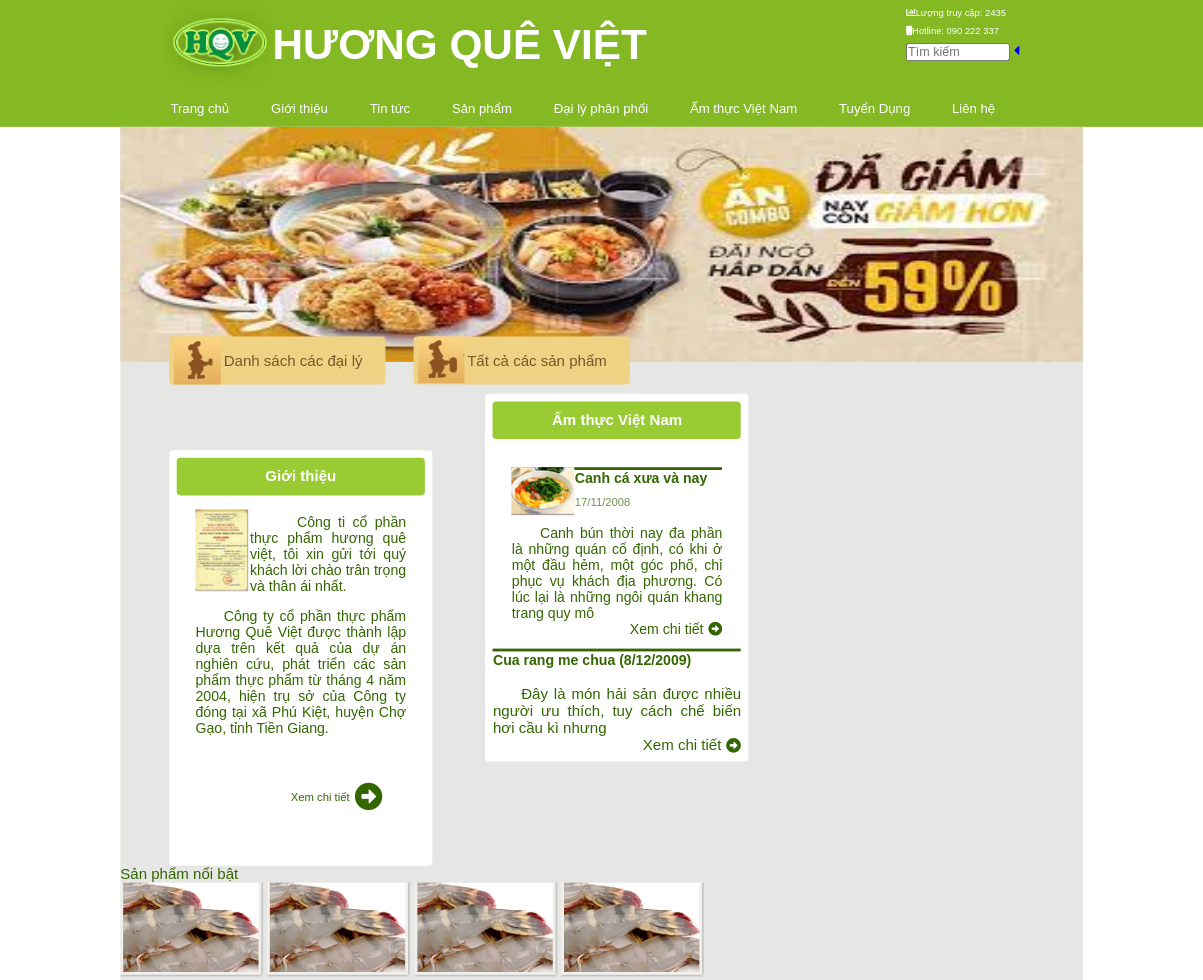
Repository: NgocTruong0701/Self_Learning
Page: html/practice/Baitapweb/index.html
These files come from the project's save history. The page is drawn as it stood at one moment and after the next save; the edit follows.
The browser window is 1280 px wide. The pictures show the whole page, at 94% of full size.

Above is the page before, as saved 2021-10-06 21:51:08.

### html/practice/Baitapweb/index.html
<!DOCTYPE html>
<html>
    <head>
        <title>Web Bài 4</title>
        <meta charset="UTF-8">
        <meta name="author" content="Lê Ngọc Trường">
        <link rel="stylesheet" type="text/css" href="./assets/css/styles.css">
        <link rel="stylesheet" href="./assets/font/fontawesome-free-5.15.4-web/css/all.css">
    </head>

    <body>
        <!-- Begin Header -->
        <header>
            <!-- Banner -->
            <div id="banner">
                <!-- Khối bên trái -->
                <div class="box-left">
                    <!-- logo -->
                    <div class="logo">
                        <img src="./assets/pictures/logo/logo.jpg" alt="logo">
                    </div>

                    <!-- tiêu đề -->
                    <div class="header-heading">
                        hương quê việt
                    </div>
                </div>

                <!-- khối bên phải -->
                <div class="box-right">
                    <div class="thongtin">
                        <div class="ltruycap">
                            <i class="fas fa-chart-bar"></i>
                            <p>Lượng truy cập: 2435</p>
                        </div>

                        <div class="ltruycap">
                            <i class="fas fa-mobile"></i>
                            <p>Hotline: 090 222 337</p>
                        </div>
                    </div>

                    <div class="search">
                        <form action="url" method="GET" >
                            <input type="text" placeholder="Tìm kiếm" class="onhap">
                            <a href="#">
                                <i class="fas fa-caret-left"></i>
                            </a>
                        </form>
                    </div>
                </div>
            </div>

            <!-- menu header -->
            <div class="menu-header">
                <ul class="menu-tren">
                    <li><a href="#">Trang chủ</a></li>
                    <li><a href="#">Giới thiệu</a></li>
                    <li><a href="#">Tin tức</a></li>
                    <li><a href="#">Sản phẩm</a></li>
                    <li><a href="#">Đại lý phân phối</a></li>
                    <li><a href="#">Ẩm thực Việt Nam</a></li>
                    <li><a href="#">Tuyển Dụng</a></li>
                    <li><a href="#">Liên hệ</a></li>
                </ul>
            </div>

        </header>
        <!-- End Header -->

        <!-- Begin Body -->
        <div id="container">
            <div class="box-up">
                <div class="body-banner">
                    <img src="./assets/pictures/banner/banner.jpg" alt="body-banner">
                </div>

                <div class="box-list-title">
                    <div class="body-title">
                        <img src="./assets/pictures/product/BT1_03.gif" alt="daily">

                        <p class="body-list">
                            Danh sách các đại lý
                        </p>
                    </div>

                    <div class="body-title">
                        <img src="./assets/pictures/product/BT1_05.gif" alt="daily">

                        <p class="body-list">
                            Tất cả các sản phẩm
                        </p>
                    </div>
                </div>
            </div>


            <div class="box-down">
                <div class="introduce">
                    <p class="title-introduce">Giới thiệu</p>

                    <div class="box-introduce-first">
                        <img src="./assets/pictures/product/BT1_10.gif" alt="chứng nhận" class="image-box-left">

                        <p class="line-first">Công ti cổ phần thực phẩm hương quê việt, tôi xin gửi tới quý khách lời chào trân trọng và thân ái nhất.</p>

                        <p class="line-second">
                            Công ty cổ phần thực phẩm Hương Quê Việt được thành lập dựa trên kết quả của dự án nghiên cứu, phát triển các sản phẩm thực phẩm từ tháng 4 năm 2004, hiện trụ sở của Công ty đóng tại xã Phú Kiệt, huyện Chợ Gạo, tỉnh Tiền Giang.
                        </p>
                    </div>

                    <div class="more">
                        <p class="text-more">Xem chi tiết</p>

                        <i class="fas fa-arrow-alt-circle-right first-icon"></i>
                    </div>
                </div>

                <div class="review">
                    <p class="title-introduce">Ẩm thực Việt Nam</p>

                    <div class="box-review-first">
                        <img src="./assets/pictures/product/BT1_13.gif" alt="chứng nhận" class="image-box-left">

                        <div class="reviewer">
                            <p class="heading-up">Canh cá xưa và nay</p>

                            <p class="time">17/11/2008</p>
                        </div>


                        <p class="line-second">
                            Canh bún thời nay đa phần là những quán cố định, có khi ở một đầu hẻm, một góc phố, chỉ phục vụ khách địa phương. Có lúc lại là những ngôi quán khang trang quy mô
                        </p>
                        <div class="more-second">
                            <p class="text-more">Xem chi tiết</p>

                            <i class="fas fa-arrow-alt-circle-right second-icon"></i>
                        </div>
                    </div>

                    <div class="box-introduce-second">
                        <p class="heading-up">Cua rang me chua <span>(8/12/2009)</span></p>

                        <p class="line-second">
                            Đây là món hải sản được nhiều người ưu thích, tuy cách chế biến hơi cầu kì nhưng
                        </p>

                        <div class="more-second">
                            <p class="text-more">Xem chi tiết</p>

                            <i class="fas fa-arrow-alt-circle-right second-icon"></i>
                        </div>
                    </div>

                </div>



                <div class="list-introduce">
                    <p class="heading-list-introduce">
                        Sản phẩm nổi bật
                    </p>

                    <div class="picture-introduce">
                        <img src="./assets/pictures/product/BT1_16.gif" alt="one" class="img-introduce">
                        <img src="./assets/pictures/product/BT1_16.gif" alt="one" class="img-introduce">
                        <img src="./assets/pictures/product/BT1_16.gif" alt="one" class="img-introduce">
                        <img src="./assets/pictures/product/BT1_16.gif" alt="one" class="img-introduce">
                    </div>
                </div>
            </div>
        </div>
        <!-- End Body -->

        <!-- Begin Footer -->
        <footer>

        </footer>
        <!-- End Footer -->
    </body>
</html>

### html/practice/Baitapweb/assets/css/styles.css
/* RESET CSS */
*{
    padding:0;
    margin: 0;
    box-sizing:border-box;
}

html{
    font-family: Arial, Helvetica, sans-serif;
    color:#fff;
}
/* Begin Header */
header{
    background-color: rgb(132, 185, 35);
    text-align: center;
    width: 100%;
    height: 135px;
}

#banner{
    width: 100%;
    height: 95px;
    display: flex;
    justify-content: space-evenly
}



.header-heading{
    text-transform: uppercase;
    padding-right:100px;
    font-size: 45px;
    font-weight: 700;
}

header .box-left{
    display: flex;
    align-items: center;
}

header .box-right{
    display: inline-block;
    height: 95px;
    position: relative;
    width: 140px;
}

.menu-header{
    height: 40px;
}

.ltruycap{
    display: flex;
    margin: 8px 0;
}

.search{
    position: absolute;
    left:0;

}

.thongtin{
    font-size:10px;
}

.search .onhap{
    width: 110px;
}



.menu-tren li{
    display: inline-block;
    list-style-type:square ;
    margin-right:40px;
}

.menu-tren li a{
    line-height: 40px;
    text-decoration: none;
    color: #fff;
    font-size:14px;
}

.menu-tren li a:hover{
    color: #805528;
}

/* End Header */

/* Begin Container */
#container{
    background: #e6e6e4;
    width: 80%;
    margin-left: auto;
    margin-right: auto;
}
.box-up{
    position: relative;
}

.box-list-title{
    display: inline-flex;
    position: absolute;
    top: 223px;
    left: 52px;
}

.body-title{
    display: flex;
    align-items: center;
    background: #f0d284;
    width: 230px;
    margin-right: 30px;
    border-radius: 4px;
    padding-left:5px;
}

.body-banner img{
    height: 250px ;
    width: 100%;
}

.box-up .body-list{
    color:#7d5527;
    padding-left:3px ;
}

.box-down{
    color: #336600 ;
}

.box-down .introduce{
    margin-top: 30px;
    max-width: 280px;
    display: inline-block;
    margin-left: 52px;
    background: #fff;
    padding: 8px;
    border-radius: 4px;
}

.box-down .title-introduce{
    background: #99cc33;
    height: 40px;
    line-height: 40px;
    color:#fff;
    text-align:center;
    font-weight: 600;
    border-radius:4px;
}

.box-introduce-first{
    margin: 15px 20px 0 20px;
    font-size:15px;
}

.box-down img.image-box-left{
    float:left;
}

.line-first{
    text-indent: 50px;
    text-align: justify;
    padding:5px 0 0 0;
}

.line-second{
    clear: left;
    margin-top: 5px;
    width: 230x;
    text-align: justify;
}

.more{
    display: flex;
    float: right;
    margin: 50px 45px 50px 0;
    align-items: center;
    cursor:pointer;
}

.more .text-more{
    font-size: 12px;
    margin-right: 5px;
}

.more .first-icon{
    font-size:30px;

}

.review{
    margin-top: 30px;
    max-width: 280px;
    display: inline-block;
    margin-left: 52px;
    background: #fff;
    padding: 8px;
    border-radius: 4px;
}

.heading-up{
    font-weight: 600;
    margin-bottom: 10px;
}

.time{
    font-size:12px;
    opacity: 0.7;
}

.line-second{
    text-indent: 30px;
    padding-top: 10px;
}

.box-review-first{
    margin: 15px 20px 0 20px;
    font-size:15px;

}

.heading-up{
    display: block;
    margin-top: 20px;
}

.more-second{
    display: flex;
    float: right;
    align-items: center;
    cursor: pointer;
}

.text-more{
    margin-right: 5px;
}

.heading-up{
    font-size:15px;
    border-top: solid;
    margin-top: 30px;
}
/* End Container */

/* Begin Footer */





/* End Footer */

Loaded but not shown: html/practice/Baitapweb/Web4-Webside-LeNgocTruong-2020601391/assets/font/fontawesome-free-5.15.4-web/css/all.css (library)

After the next save:
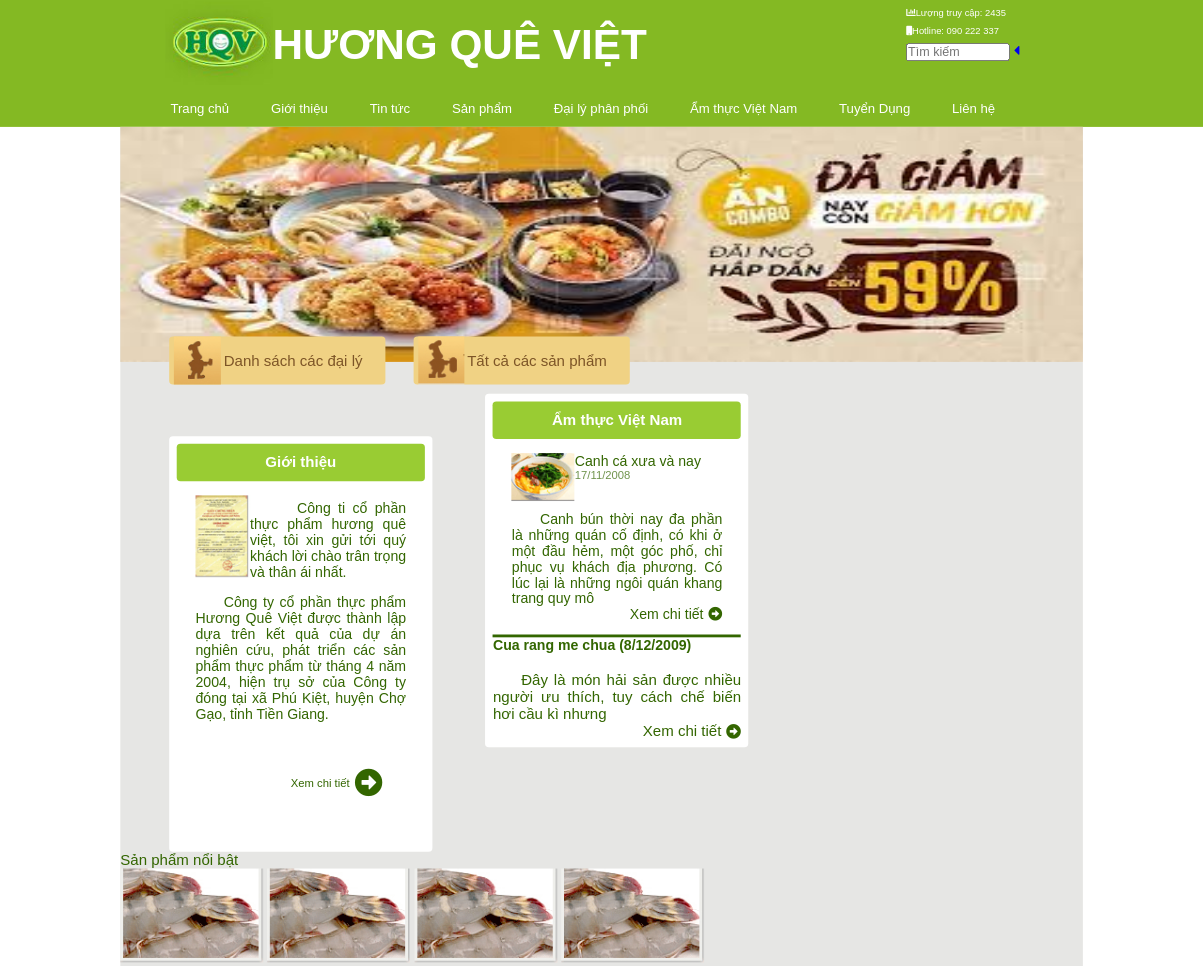
Saved 17 s later.
--- a/html/practice/Baitapweb/index.html
+++ b/html/practice/Baitapweb/index.html
@@ -123,7 +123,7 @@
                         <img src="./assets/pictures/product/BT1_13.gif" alt="chứng nhận" class="image-box-left">
 
                         <div class="reviewer">
-                            <p class="heading-up">Canh cá xưa và nay</p>
+                            <p class="heading-up-review">Canh cá xưa và nay</p>
 
                             <p class="time">17/11/2008</p>
                         </div>
